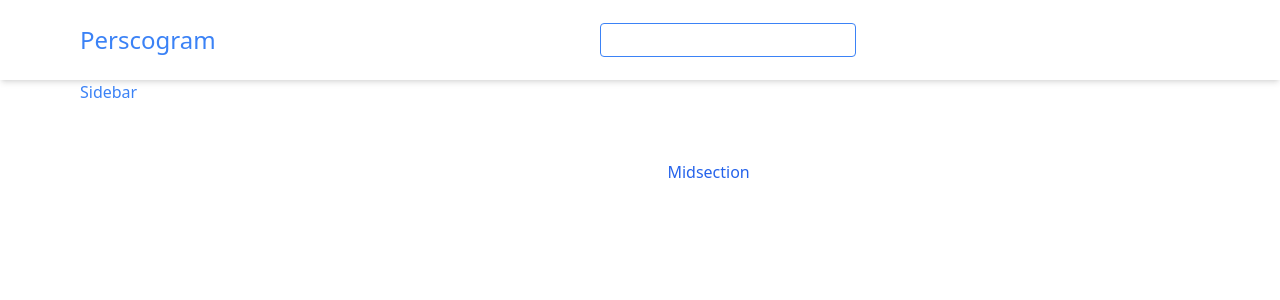
Repository: brandford7/perscogram
Page: /
The author's editor kept a copy of each file at every save. The page is drawn from the files as they stood at one save, then again after the next save.
The browser window is 1280 px wide. The pictures show the whole page.
The project was rebuilt for these pictures with package versions that can differ from the ones it lists, and the page was loaded fresh each time. The framework's server and built-in components were replaced by stand-ins that run in the browser. Also part of the build but not shown: next.config.js.

Above is the page before, as saved 2022-12-15 22:32:43.

After the next save:
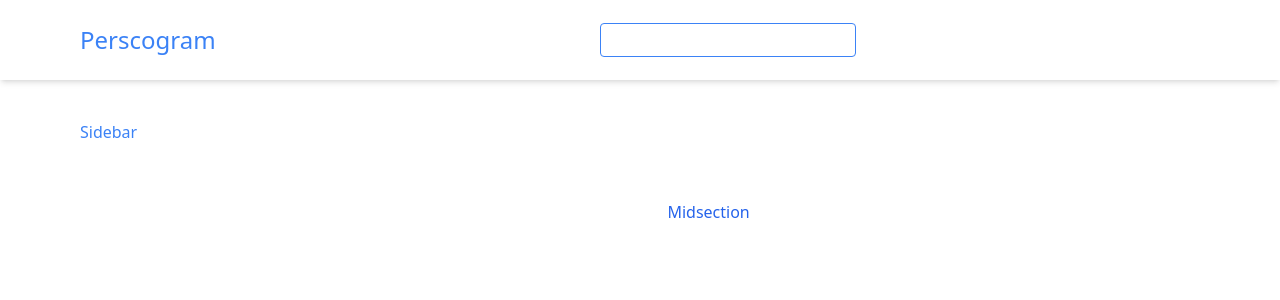
Saved 84 s later.
--- a/pages/index.js
+++ b/pages/index.js
@@ -15,7 +15,7 @@
         <header>
           <Header />
         </header>
-        <section className="flex ">
+        <section className="flex mt-10 ">
           <aside>
             <Sidebar />
           </aside>
